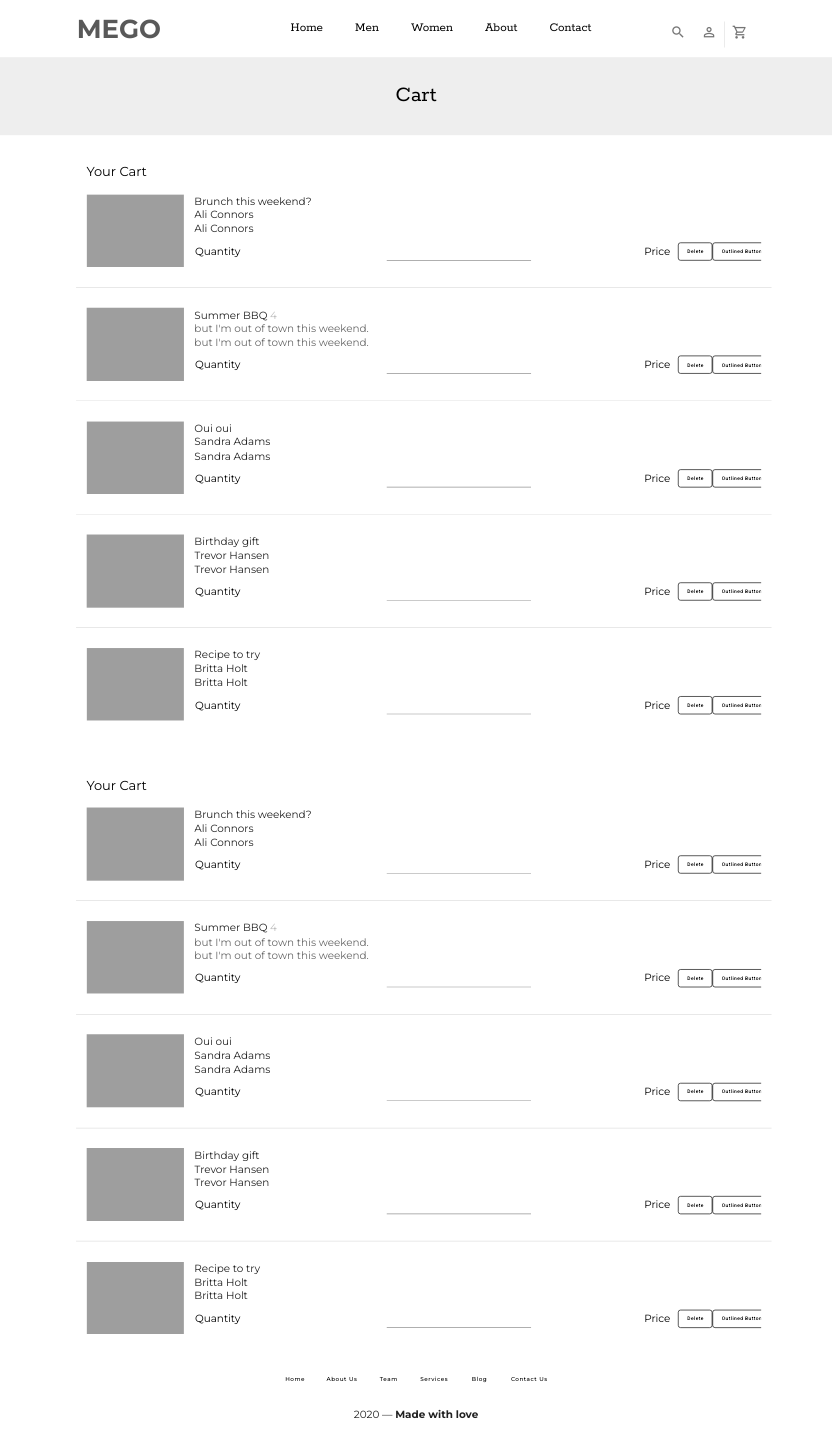
Repository: nguyenphuong152/mego-frontend
Page: /cart (app in frontend/)
An editor plug-in stored every save of this project. The page is shown before and after the next save, followed by the edit.
The browser window is 1280 px wide. The pictures show the whole page, at 65% of full size.
Pictures or frames that could not be fetched are drawn as grey boxes. The project was rebuilt for these pictures with package versions that can differ from the ones it lists, and the page was loaded fresh each time. Also part of the build but not shown: frontend/vue.config.js, frontend/src/components/Customer/Collection.vue, frontend/src/components/Customer/Banner.vue, frontend/src/components/Customer/BestSeller.vue, frontend/src/components/Customer/Partner.vue, frontend/src/views/Customer/Home.vue, frontend/src/components/Customer/ProductCategory.vue, frontend/src/components/Customer/ProductView.vue and 10 more. Imported but missing from the stored project, and not drawn on this page: frontend/src/views/Admin/Category.vue, frontend/src/views/Admin/ManageProduct.vue, frontend/src/views/Admin/ManageUser.vue, frontend/src/views/Admin/OrderList.vue.

Above is the page before, as saved 2020-11-26 16:57:17.

After the next save:
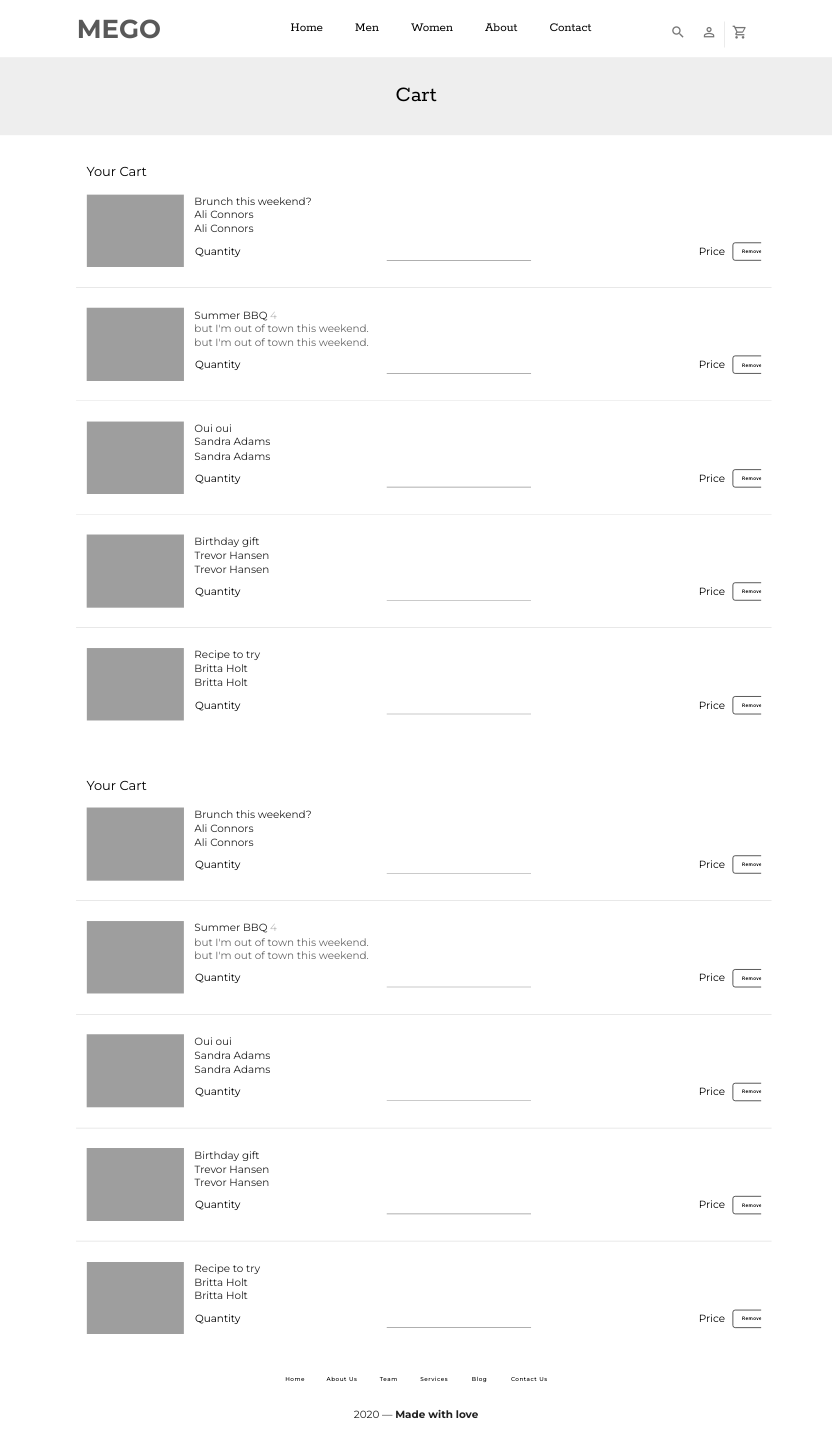
Saved 28 s later.
--- a/frontend/src/components/Customer/TotalProducts.vue
+++ b/frontend/src/components/Customer/TotalProducts.vue
@@ -36,11 +36,8 @@
               <v-col class="text-end admin">
                 <a> Price</a>
               </v-col>
-               <v-btn  small  outlined color="black">
-              Delete
-            </v-btn>
             <v-btn small  outlined color="black">
-              Outlined Button
+              Remove
             </v-btn>
             </v-row>
 
